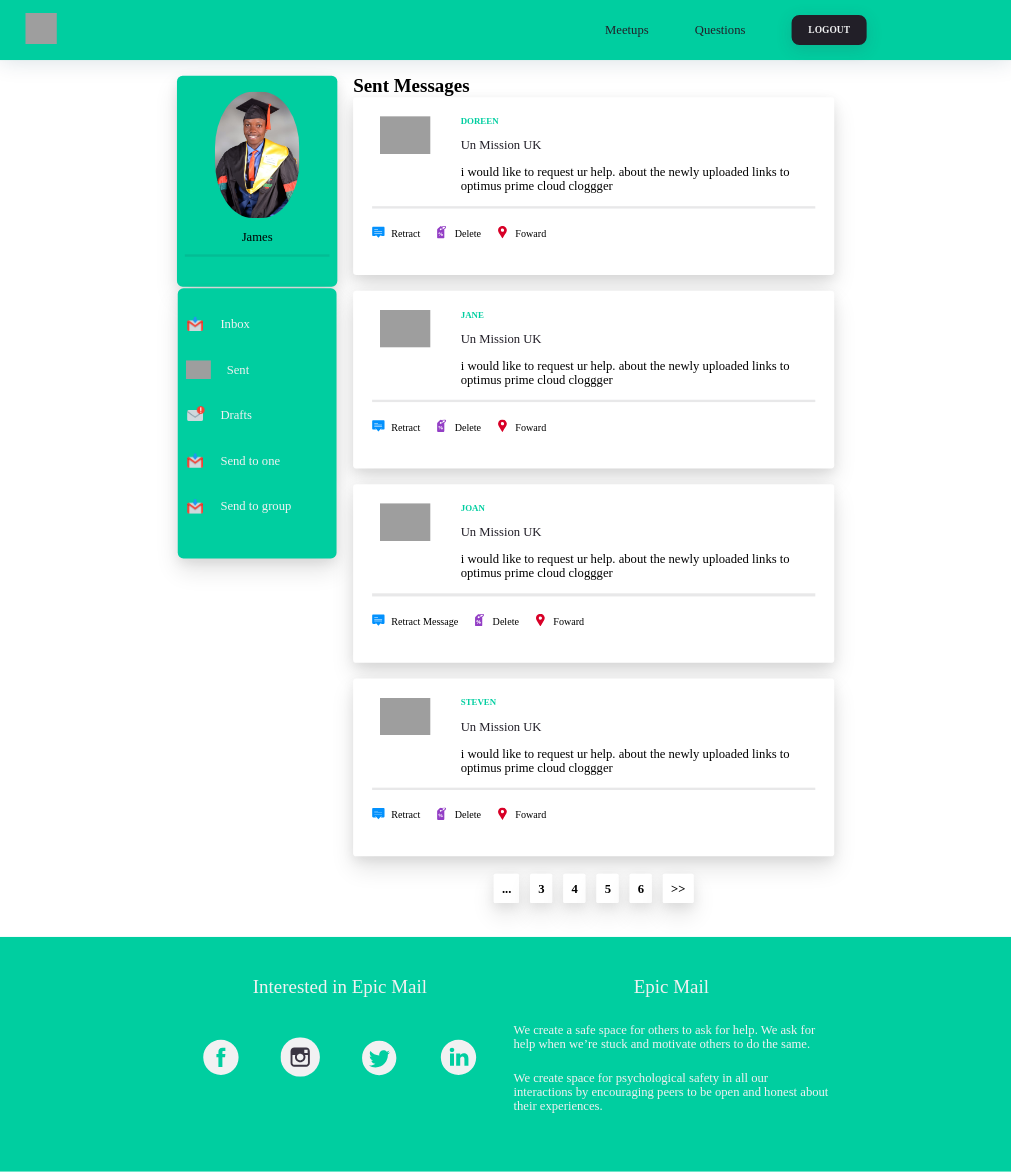
Repository: Gfreedoms/Epic-Mail
Page: pages/sent.html
The author's editor kept a copy of each file at every save. The page is drawn from the files as they stood at one save, then again after the next save.
The browser window is 1280 px wide. The pictures show the whole page, at 79% of full size.
Pictures or frames that could not be fetched are drawn as grey boxes. Some web fonts or font styles are not loaded; a fallback is used.

Above is the page before, as saved 2019-02-27 08:04:49.

### pages/sent.html
<!DOCTYPE html>
<html lang="en">

<head>
	<meta charset="UTF-8">
	<meta name="viewport" content="width=device-width, initial-scale=1.0">
	<meta http-equiv="X-UA-Compatible" content="ie=edge">
	<link rel="apple-touch-icon" sizes="180x180" href="../assets/favicon/apple-touch-icon.png">
	<link rel="icon" type="image/png" sizes="32x32" href="../assets/favicon/favicon-32x32.png">
	<link rel="icon" type="image/png" sizes="16x16" href="../assets/favicon/favicon-16x16.png">
	<link rel="manifest" href="../assets/favicon/site.webmanifest">
	<link rel="mask-icon" href="../assets/favicon/safari-pinned-tab.svg" color="#5bbad5">
	<meta name="msapplication-TileColor" content="#da532c">
	<meta name="theme-color" content="#ffffff">
	<link rel="stylesheet" href="../styles/base.css">
	<link rel="stylesheet" href="../styles/format.css">
	<link rel="stylesheet" href="../styles/profile.css">
	<title>User Profile | EpIC EMAIL</title>
</head>

<body>
	<!-- Navigation Section Starts -->
	<section id="navigation">
		<nav class="navbar">
			<a href="../" id="nav-brand">
				<img src="../assets/imgs/logo.svg" alt="">
			</a>
			<ul class="nav-menu">
				<li class="visibility"><a class="hover-t" href="./login.html">Login</a></li>
				<li><a class="hover-t" href="./meetup.html">Meetups</a></li>
				<li><a class="hover-t" href="./questions.html">Questions</a></li>
				<li><a class="reg-btn box-sh-dark hover-lg" href="../">Logout</a></li>
			</ul>
			<a id="menu" href="">
				<img src="../assets/imgs/menu.svg" alt="">
			</a>
		</nav>
	</section>
	<!-- Navigation Section Ends -->

	<!-- SideBar Nav -->
	<ul id="sidebar" class="navbar-side side-hidden">
		<li><a href="./meetup.html">Meetups</a></li>
		<li><a href="./questions.html">Questions</a></li>
		<li><a class="" href="../">Logout</a></li>
	</ul>

	<div class="container">
		<div id="v-wrapper">
			<div class="profile user card">
				<img class="img mauto" src="../assets/imgs/freedom.jpg" alt="">
				<div class="bio">
					<h3 class="username sm-text">James</h3>

				</div>

				<div class="divider"></div>

				<div class = "user_side_bar">
				<ul class="list-items">
					<li>
						<img src="../assets/imgs/inbox.png" alt="">
						<div class = "labels">
								<a class="label_links" href="./profile.html">
									<h3 class="sm-text">Inbox</h3>
								</a>
						</div>

					</li>
					<li>

						<img src="../assets/imgs/logo.png" alt="">
						<div class = "labels">

								<a class="label_links" href="./sent.html">
									<h3 class="sm-text">Sent</h3>
								</a>
						</div>

					<li>

						<img src="../assets/imgs/drafts.png" alt="">
						<div class = "labels">

								<a class="label_links" href="./drafts.html">
									<h3 class="sm-text">Drafts</h3>
								</a>

							</div>

					</li>

					<li>

							<img src="../assets/imgs/inbox.png" alt="">
							<div class = "labels">
									<a class="label_links" href="./individual.html">
										<h3 class="sm-text">Send to one</h3>
									</a>

								</div>

					</li>
					<li>
						    <img src="../assets/imgs/inbox.png" alt="">
							<div class = "labels">
									<a class="label_links" href="./group-messages.html">
										<h3 class="sm-text">Send to group</h3>
									</a>
								</div>

					</li>



				</ul>
				</div>
			</div>

			<div class="meetups">
				<h2><b>	Sent Messages</b></h2>
				<div class="questions card-lg">
					<div class="content pall-1">
						<div class="q-title">
							<img class="img mauto" height="2rem" src="https://issagoal.com.ng/wp-content/uploads/2019/01/user4.png" alt="">
							<div class="meta">
									<a class="q-link" href="./meetup.html">
										<h3 class="sm-text">Doreen</h3>
									</a>
								<h3 class="md-text title">Un Mission UK</h3>
								<p>i would like to request ur help.
									about the newly uploaded links to
									optimus prime cloud cloggger

								</p>
							</div>
						</div>
						<div class="divider"></div>
						<div class="q-actions">
							<span>
								<a href="#!"><img src="../assets/imgs/icons/comment.svg" alt=""></a>
								Retract
							</span>
							<span>
								<a href="#!"><img src="../assets/imgs/icons/tag.svg" alt=""></a>
								Delete
							</span>
							<span>
								<a href="#!"><img src="../assets/imgs/icons/pointer.svg" alt=""></a>
								Foward
							</span>

						</div>
					</div>
				</div>
				<div class="questions card-lg">
					<div class="content pall-1">
						<div class="q-title">
							<img class="img mauto" height="2rem" src="https://issagoal.com.ng/wp-content/uploads/2019/01/user1.png" alt="">
							<div class="meta">
									<a class="q-link" href="./meetup.html">
										<h3 class="sm-text">Jane</h3>
									</a>
								<h3 class="md-text title">Un Mission UK</h3>
								<p>i would like to request ur help.
									about the newly uploaded links to
									optimus prime cloud cloggger

								</p>
							</div>
						</div>
						<div class="divider"></div>
						<div class="q-actions">
							<span>
								<a href="#!"><img src="../assets/imgs/icons/comment.svg" alt=""></a>
							Retract
							</span>
							<span>
								<a href="#!"><img src="../assets/imgs/icons/tag.svg" alt=""></a>
								Delete
							</span>
							<span>
								<a href="#!"><img src="../assets/imgs/icons/pointer.svg" alt=""></a>
								Foward
							</span>


						</div>
					</div>
				</div>
				<div class="questions card-lg">
					<div class="content pall-1">
						<div class="q-title">
							<img class="img mauto" height="2rem" src="https://issagoal.com.ng/wp-content/uploads/2019/01/user2.png" alt="">
							<div class="meta">
									<a class="q-link" href="./meetup.html">
										<h3 class="sm-text">Joan</h3>
									</a>
								<h3 class="md-text title">Un Mission UK</h3>
								<p>i would like to request ur help.
									about the newly uploaded links to
									optimus prime cloud cloggger

								</p>
							</div>
						</div>
						<div class="divider">
						</div>
						<div class="q-actions">
							<span>
								<a href="#!"><img src="../assets/imgs/icons/comment.svg" alt=""></a>
								Retract Message
							</span>
							<span>
								<a href="#!"><img src="../assets/imgs/icons/tag.svg" alt=""></a>
								Delete
							</span>
							<span>
								<a href="#!"><img src="../assets/imgs/icons/pointer.svg" alt=""></a>
								Foward
							</span>

						</div>
					</div>
				</div>
				<div class="questions card-lg">
					<div class="content pall-1">
						<div class="q-title">
							<img class="img mauto" height="2rem" src="https://issagoal.com.ng/wp-content/uploads/2019/01/user3.png" alt="">
							<div class="meta">
									<a class="q-link" href="./meetup.html">
										<h3 class="sm-text">Steven</h3>
									</a>
								<h3 class="md-text title">Un Mission UK</h3>
								<p>i would like to request ur help.
									about the newly uploaded links to
									optimus prime cloud cloggger

								</p>
							</div>
						</div>
						<div class="divider"></div>
						<div class="q-actions">
							<span>
								<a href="#!"><img src="../assets/imgs/icons/comment.svg" alt=""></a>
								Retract
							</span>
							<span>
								<a href="#!"><img src="../assets/imgs/icons/tag.svg" alt=""></a>
								Delete
							</span>
							<span>
								<a href="#!"><img src="../assets/imgs/icons/pointer.svg" alt=""></a>
							Foward
							</span>

						</div>
					</div>
				</div>

				<div class="pagination">
					<span class="card hover-lg hover-t">...</span>
					<span class="card hover-lg hover-t">3</span>
					<span class="card hover-lg hover-t">4</span>
					<span class="card hover-lg hover-t">5</span>
					<span class="card hover-lg hover-t">6</span>
					<span class="card hover-lg hover-t">>></span>
				</div>
			</div>
		</div>
	</div>

	<footer class="bg-secondary">
		<div class="container">
			<div class="info-about">
				<h3 class="md-text">Interested in Epic Mail</h3>
				<div class="social-links">
					<a href="#!"><img src="../assets/imgs/icons/facebook.svg" alt=""></a>
					<a href="#!"><img src="../assets/imgs/icons/instagram.svg" alt=""></a>
					<a href="#!"><img src="../assets/imgs/icons/twitter.svg" alt=""></a>
					<a href="#!"><img src="../assets/imgs/icons/linkedin.svg" alt=""></a>
				</div>
			</div>
			<div class="additional-info">
				<h3 class="md-text">Epic Mail</h3>
				<p class="sm-text">
					We create a safe space for others to ask for help.
					We ask for help when we’re stuck and motivate others to do the same.
				</p>
				<p class="sm-text">
					We create space for psychological safety in all our interactions by encouraging peers to be open and honest about
					their experiences.
				</p>
			</div>
		</div>
	</footer>
	<script src="../scripts/index.js"></script>
</body>

</html>

### styles/format.css
.is-danger {
	color: red;
}

.divider {
	height: 0.2rem;
	background: #221F28;
	opacity: 0.1;
	margin: 1rem auto;
	width: 100%;
}

table {
	width: 750px;
	border-collapse: collapse;
	margin: 50px auto;
}

/* Zebra striping */
tr:nth-of-type(odd) {
	background: #eee;
}

th {
	background: #221F28;
	color: white;
	font-weight: bold;
}

td,
th {
	padding: 10px;
	border: 1px solid #ccc;
	text-align: left;
	font-size: 18px;
}

@media only screen and (max-width: 760px),
(min-device-width: 768px) and (max-device-width: 1024px) {

	table {
		width: 100%;
	}

	/* Force table to not be like tables anymore */
	table,
	thead,
	tbody,
	th,
	td,
	tr {
		display: block;
	}

	thead tr {
		position: absolute;
		top: -9999px;
		left: -9999px;
	}

	tr {
		border: 1px solid #ccc;
	}

	td {
		border: none;
		border-bottom: 1px solid #eee;
		position: relative;
		padding-left: 50%;
	}

	td:before {
		position: absolute;
		/* Top/left values mimic padding */
		top: 6px;
		left: 6px;
		width: 45%;
		padding-right: 10px;
		white-space: nowrap;
		/* Label the data */
		content: attr(data-column);

		color: #000;
		font-weight: bold;
	}

	tbody tr {
		padding: 1rem;
	}
}

.m1 {
	margin-top: 0.8rem !important;
	margin-bottom: 0.8rem !important;
}

.pagination {
	text-align: center;
	margin: 2rem auto;
}

.pagination span {
	padding: 10px;
	border-radius: 2px;
	font-family: 'Circular-Book';
	font-weight: 600;
	font-size: 1rem;
	margin: 0 5px;
}

@media screen and (min-width: 1680px) {
	.reg-btn {
		padding: 1.5rem 1.6rem 1.5rem;
		font-size: 1rem;
	}

	.input {
		margin-top: 2rem;
	}

	.nav-menu a.hover-t {
		font-size: 1.4rem !important;
	}
}

### styles/profile.css
#v-wrapper {
	display: grid;
	grid-template-columns: 1fr 3fr;
	grid-gap: 20px;
	padding: 20px 0;
}

div.content.card {
	background: lightblue;
	padding: 2rem 1.5rem;
	margin-bottom: 20px;
}

.profile {
	display: grid;
	padding: 20px 10px;
	background-color:#00cea0;
}

.user_side_bar{

    margin-left: -9px;
    border-radius: .45rem;
    margin-top: 40px;
    background: #00cea0;
    padding: 20px 10px;
    margin-bottom: 20px;
    box-shadow: 0 15px 30px 0 rgba(0, 0, 0, .11), 0 5px 15px 0 rgba(0, 0, 0, .08);
    margin-right: -9px;
}


.profile.user {
	max-height: 25%;
}

.labels{
	margin-top: 3px;
    margin-left: 20px;
}

#v-wrapper>div.profile.card>div.divider {
	width: 100%;
}

.stats {
	display: grid;
	grid-template-columns: 1fr 1fr;
}

.stats h3 {
	color: #221F28;
	font-weight: 800;
	font-family: "Circular-Book";
}

.profile .img {
    height: 160px;
    width: auto;
    border-radius: 45%
}

.profile span {
	text-align: center;
	font-size: 0.5rem;
	color: grey;
	text-transform: uppercase;
}

span .sm-text {
	margin-bottom: 0;
}

.label_links{
	color: #221F28;
}

.questions {
	padding: 1.5rem;
	margin-bottom: 20px;
}

.questions h3 {
	color: #221F28;
	margin-bottom: 1rem;
}

.questions .divider {
	margin-left: 0;
	margin-top: 0.5rem;
}

.q-link h3 {
	font-family: 'Circular-Book';
	font-weight: 800;
	font-size: 0.7rem;
	text-transform: uppercase;
	color: #00cea0;
}

.q-link:hover h3 {
	color: #F01D43;
}

.q-actions {
	display: block;
	margin: 20px 0;
	height: auto;
}

.q-actions img {
	height: 1rem;
	position: relative;
	top: 2px;
}

.q-actions span {
	margin-right: 1rem;
	font-family: 'Circular-Book';
	font-size: 0.8rem;
}

.q-actions span a {
	margin-right: 5px;
}

.q-actions span:nth-child(2) img,
.q-actions span:nth-child(3) img {
	position: relative;
	top: 2px;
}

.q-actions span:nth-child(4) img {
	position: relative;
	top: 4px;
}

.divider {
	margin-bottom: 0;
	margin-top: 0.5rem;
}

.username {
	color: inherit;
	font-family: 'Circular-Book';
	text-align: center;
	margin: 15px 0 5px;
}

.meta-wrapper {
	grid-template-rows: 1fr 9fr;
}

.list-items {
	text-decoration: none;
}

.list-items li {
	display: grid;
	grid-template-columns: 1fr 9fr;
	margin: 0.8rem 0;
}

.list-items span {
	font-family: 'Circular-Book';
	font-size: 0.8rem;
	position: relative;
	top: 5px;
	margin-left: 1.5rem;

}

.list-items img {
	height: 1.5rem;
}

div.content.card {
	padding: 2rem 1.5rem;
	margin-bottom: 20px;
}

.content .md-text {
	color: #221F28;
    font-size: 1rem;

}

.actions {
	/* width: 0%; */
	display: grid;
	grid-template-columns: 0.5fr 1fr 1fr;
	grid-gap: 10px;
	align-items: center;
}

.actions h3 {
	margin-bottom: 0;
}

.actions a {
	font-family: 'Circular-Book';
	font-size: 0.8rem;
	padding: 0.5rem 0.6rem;
	text-align: center;
	color: #fff;
	border-radius: 10px;
}

@media (min-width: 1680px) {
	.profile {
		height: 300px !important;
	}

	.profile span {
		font-size: 0.8rem;
		margin: 10px 0 0;
		font-weight: 800;
	}

	.list-items span {
		font-family: 'Circular-Book' !important;
		font-size: 1rem !important;
	}
}

.q-title {
	display: grid;
	grid-template-columns: 15% 80%;
	grid-gap: 5%;
	margin-bottom: 1rem;
}

.q-title img {
	height: 3rem;
}

@media (max-width: 576px) {
	.profile.user {
		max-height: 200px;
	}

	.q-actions {
		display: grid;
		grid-template-columns: 1fr;
		grid-row-gap: 3px;
	}

	#v-wrapper {
		grid-template-columns: 1fr;
	}

	#v-wrapper .divider {
		display: none;
	}

	.profile {
		padding: 20px 10px;
		height: auto;
		grid-template-columns: 1fr 2fr;
	}

	.stats {
		align-items: flex-end;
	}
	.user_side_bar{
		max-height: 200px;
		padding: 20px 10px;
		height: auto;
		grid-template-columns: 1fr 2fr;
	}
}

### styles/fonts.css
@font-face {
	font-family: "Circular-Light";
	src:
		url("../assets/fonts/Circular-Light.woff") format("woff");
}
@font-face {
	font-family: "Circular-Book";
	src:
		url("../assets/fonts/Circular-Book.woff") format("woff");
}
@font-face {
	font-family: "Circular-Bold";
	src:
		url("../assets/fonts/Circular-Bold.woff") format("woff");
}

* {
	font-family: 'Circular-Light';
}

Loaded but not shown: scripts/index.js (10 lines, source omitted); styles/base.css (742 lines, source omitted)

After the next save:
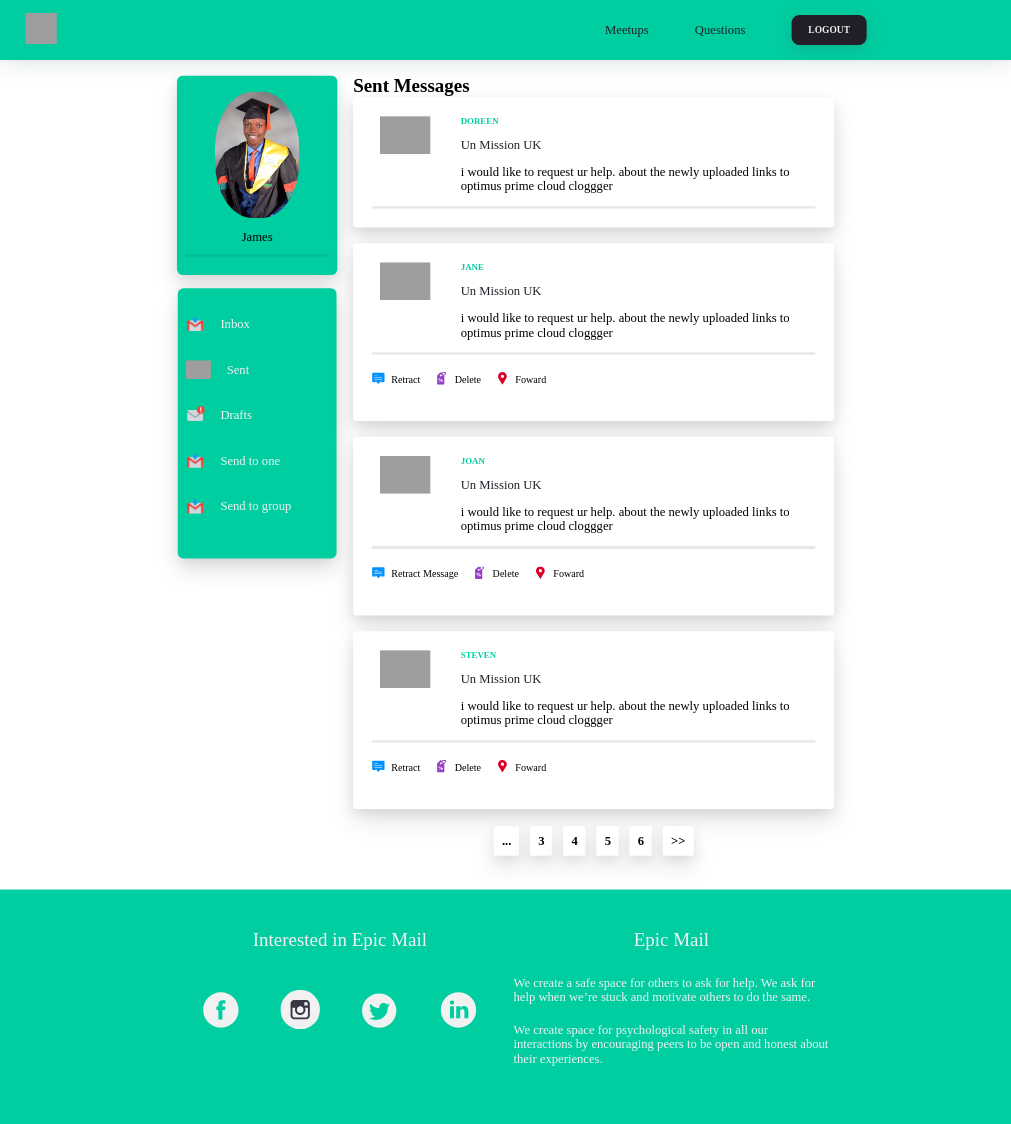
Saved 2 min 43 s later.
--- a/pages/sent.html
+++ b/pages/sent.html
@@ -136,21 +136,7 @@
 							</div>
 						</div>
 						<div class="divider"></div>
-						<div class="q-actions">
-							<span>
-								<a href="#!"><img src="../assets/imgs/icons/comment.svg" alt=""></a>
-								Retract
-							</span>
-							<span>
-								<a href="#!"><img src="../assets/imgs/icons/tag.svg" alt=""></a>
-								Delete
-							</span>
-							<span>
-								<a href="#!"><img src="../assets/imgs/icons/pointer.svg" alt=""></a>
-								Foward
-							</span>
-
-						</div>
+
 					</div>
 				</div>
 				<div class="questions card-lg">

After the save that followed:
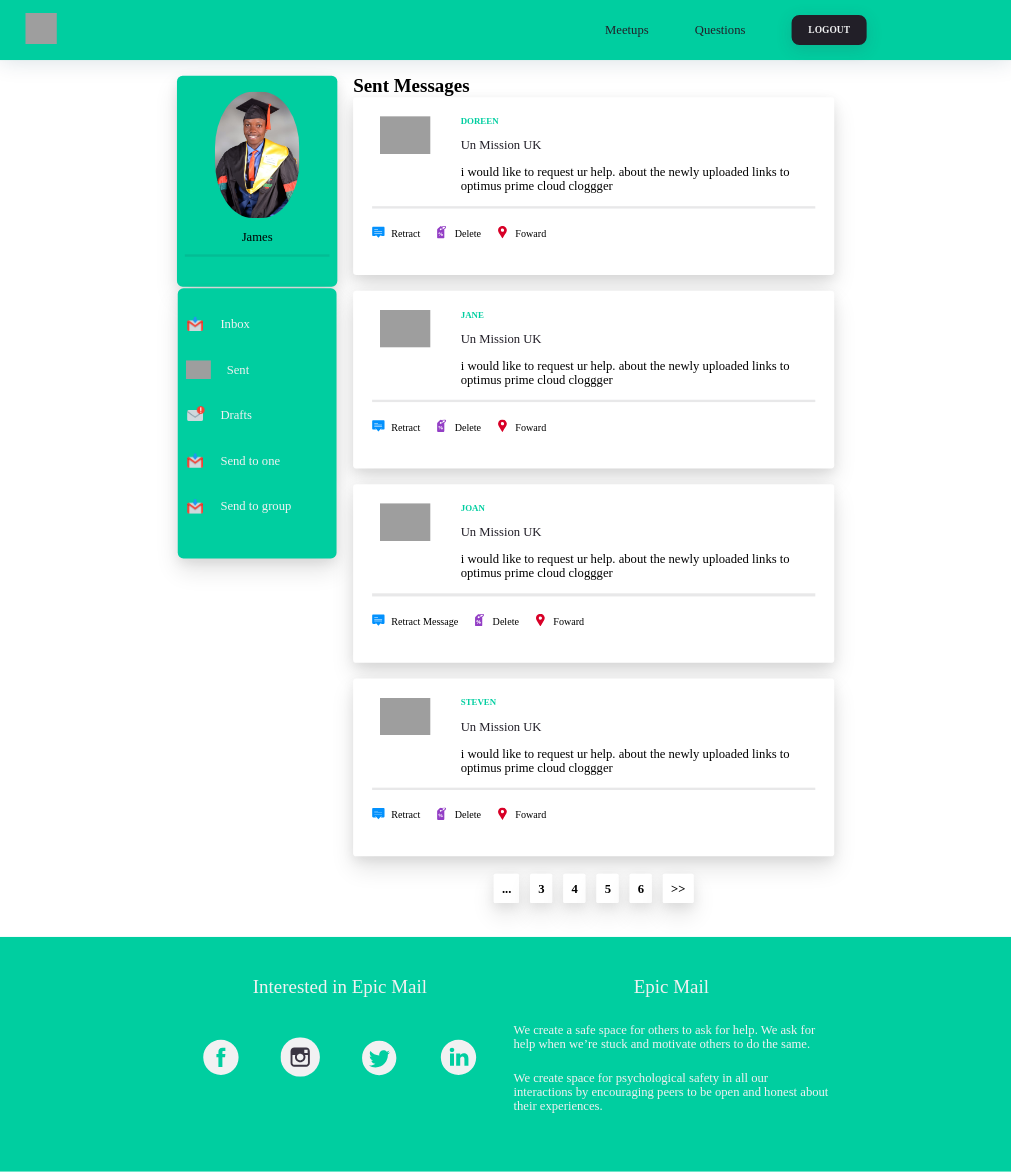
Saved 49 s later.
--- a/pages/sent.html
+++ b/pages/sent.html
@@ -136,7 +136,21 @@
 							</div>
 						</div>
 						<div class="divider"></div>
-
+						<div class="q-actions">
+							<span>
+								<a href="#!"><img src="../assets/imgs/icons/comment.svg" alt=""></a>
+								Retract
+							</span>
+							<span>
+								<a href="#!"><img src="../assets/imgs/icons/tag.svg" alt=""></a>
+								Delete
+							</span>
+							<span>
+								<a href="#!"><img src="../assets/imgs/icons/pointer.svg" alt=""></a>
+								Foward
+							</span>
+
+						</div>
 					</div>
 				</div>
 				<div class="questions card-lg">
